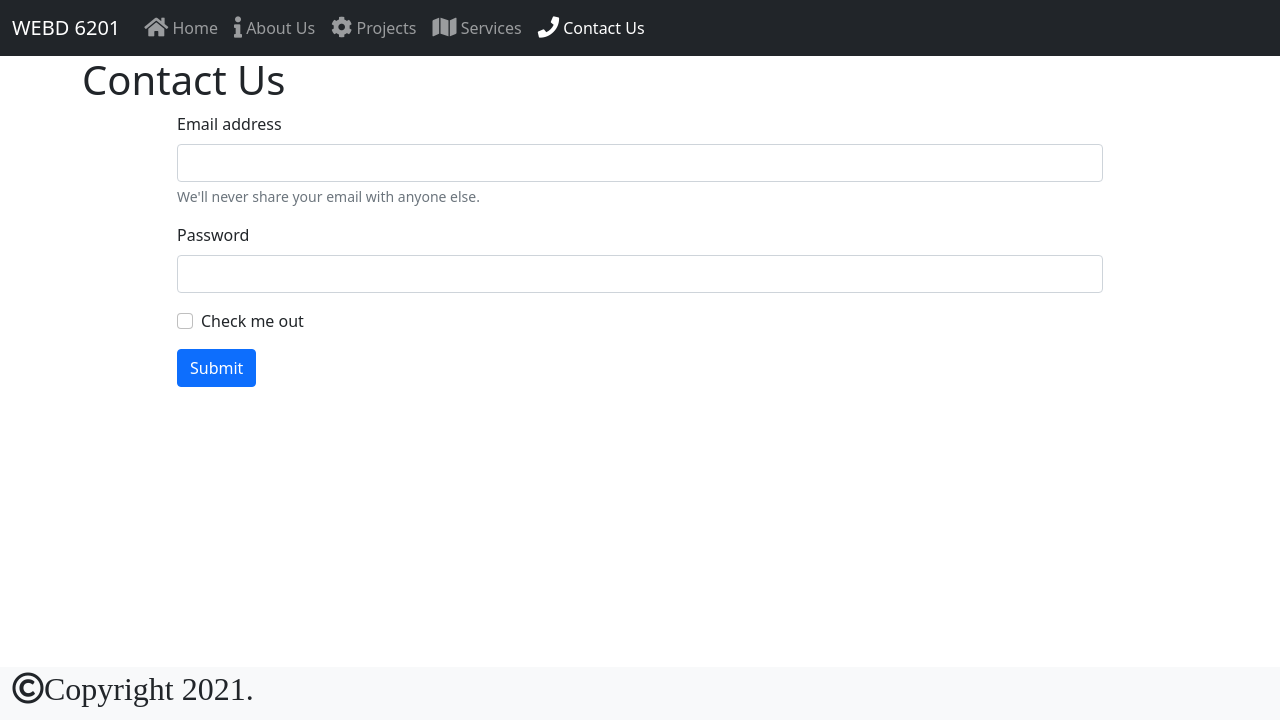
Repository: vans12345678/WEBD6201-W2021-Week3
Page: contact.html
An editor plug-in stored every save of this project. The page is shown before and after the next save, followed by the edit.
The browser window is 1280 px wide. The pictures show the whole page.

Above is the page before, as saved 2021-01-21 09:21:08.

After the next save:
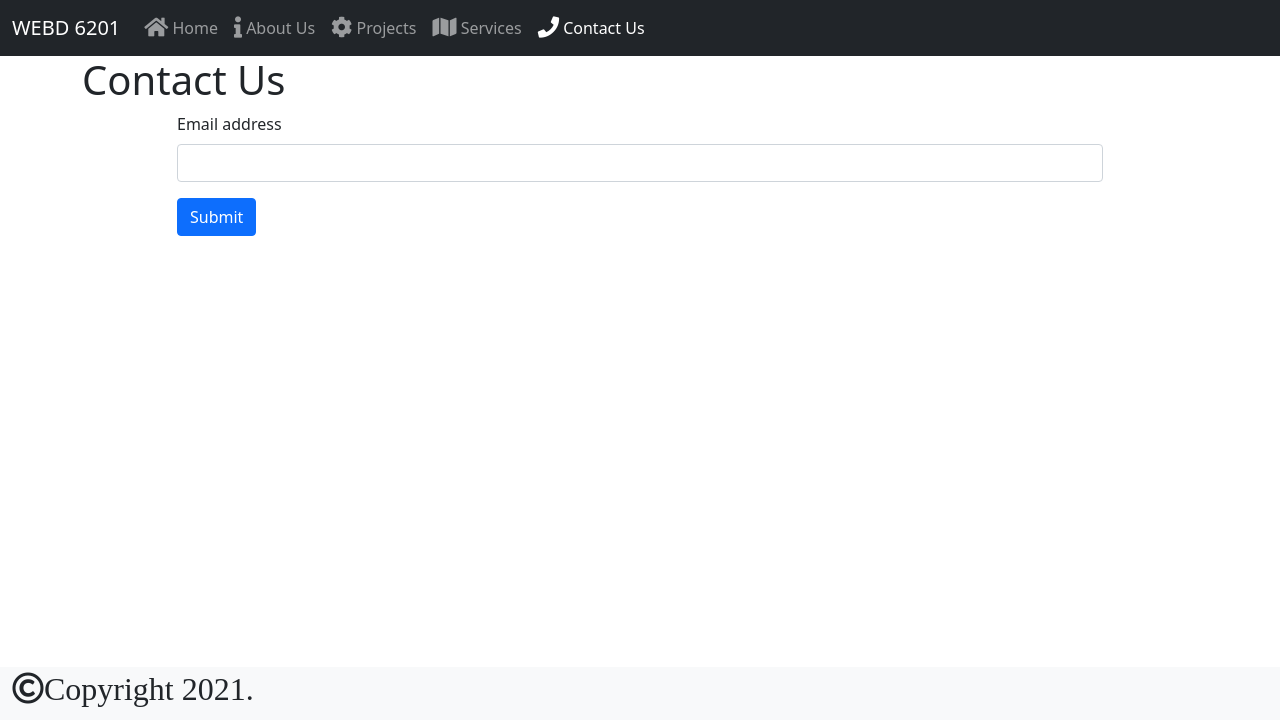
Saved 54 s later.
--- a/contact.html
+++ b/contact.html
@@ -55,15 +55,7 @@
           <div class="mb-3">
             <label for="exampleInputEmail1" class="form-label">Email address</label>
             <input type="email" class="form-control" id="exampleInputEmail1" aria-describedby="emailHelp">
-            <div id="emailHelp" class="form-text">We'll never share your email with anyone else.</div>
-          </div>
-          <div class="mb-3">
-            <label for="exampleInputPassword1" class="form-label">Password</label>
-            <input type="password" class="form-control" id="exampleInputPassword1">
-          </div>
-          <div class="mb-3 form-check">
-            <input type="checkbox" class="form-check-input" id="exampleCheck1">
-            <label class="form-check-label" for="exampleCheck1">Check me out</label>
+            <div id="emailHelp" class="form-text"></div>
           </div>
           <button type="submit" class="btn btn-primary">Submit</button>
         </form>
